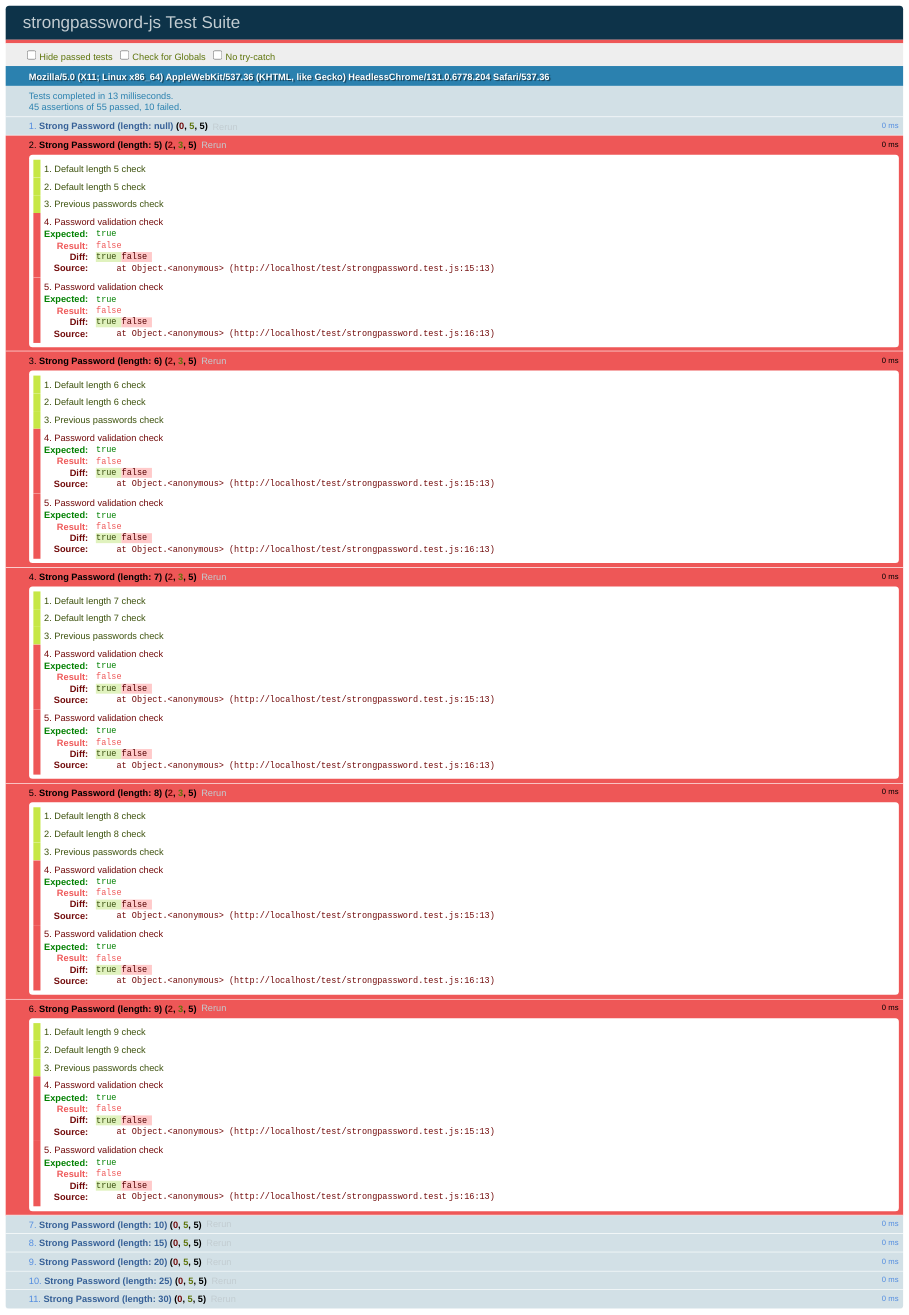
Repository: jongha/strongpassword-js
Page: test/strongpassword.html
The author's editor kept a record of every edit. The page is drawn from the files as they stood at one moment, then again after the next edit.
The browser window is 1280 px wide. The pictures show the whole page, at 71% of full size.

Above is the page before.

### test/strongpassword.html
<!DOCTYPE html>
<html>
<head>
  <meta charset="utf-8">
  <title>strongpassword-js Test Suite</title>
  <script src="../libs/js/jquery-1.10.2.min.js"></script>
  <!-- Load local QUnit (grunt requires v1.0.0 or newer). -->
  <link rel="stylesheet" href="../libs/css/qunit-1.12.0.css" media="screen">
  <script src="../libs/js/qunit-1.12.0.js"></script>
  <!-- Load local lib and tests. -->
  <script src="../src/strongpassword.js"></script>
  <script src="strongpassword.test.js"></script>
  <!-- Removing access to jQuery and $. But it'll still be available as _$, if
       you REALLY want to mess around with jQuery in the console. REMEMBER WE
       ARE TESTING YOUR PLUGIN HERE -->
  <script>window._$ = jQuery.noConflict(true);</script>
</head>
<body>
  <h1 id="qunit-header">strongpassword-js Test Suite</h1>
  <h2 id="qunit-banner"></h2>
  <div id="qunit-testrunner-toolbar"></div>
  <h2 id="qunit-userAgent"></h2>
  <ol id="qunit-tests"></ol>
  <div id="qunit-fixture"></div>
</body>
</html>

### src/strongpassword.js
var strongpassword = {
    VALIDATIONS: [
        "abcdefghijklmnopqrstuvwxyz",
        "ABCDEFGHIJKLMNOPQRSTUVWXYZ",
        "0123456789",
        "`!?$?%^&*()_-+={[}]:;@'~#|\\<>.?/];"
    ],

    // generate safe password
    // size: generated password size
    get: function(size) {
        size = size || 15;

        var MAX_SEED = 100;
        var i, result = [], visit = [], map = this.VALIDATIONS.slice(0);

        while(size-- > 0) {
            if(visit.length === 0) {
                visit = [];
                for(i=0; i<map.length; ++i) {
                    visit.push(i);
                }
            }

            var idx = parseInt(Math.random() * MAX_SEED) % visit.length;
            var map_index = visit[idx];
            var code = map[map_index][parseInt(Math.random() * MAX_SEED) % map[map_index].length];

            result.push(code);

            map[map_index] = map[map_index].replace(code, "");
            visit = visit.slice(0, idx).concat(visit.slice(idx + 1, visit.length));
        }
        return result.join("");
    },

    // validate password is safe
    // password: password for valication
    // threshold: min-length for safe password (default: 10)
    issafe: function(password, threshold) {
        threshold = threshold || 10;

        var check = false, i, j, k;
        if(password.length >= threshold) {
            for(i=0; i<this.VALIDATIONS.length; ++i) {
                for(j=0; j<this.VALIDATIONS[i].length; ++j) {

                    for(k=0; k<password.length; ++k) {
                        check = (this.VALIDATIONS[i][j] === password[k]);
                        if(check) { break; }
                    }

                    if(check) { break; }
                }

                if(!check) { break; }
            }
        }

        return check;
    }
};

### test/strongpassword.test.js
(function() {

    var length = [null, 5, 6, 7, 8, 9, 10, 15, 20, 25, 30];
    var testcase = function(size) {
        test("Strong Password (length: " + size + ")", function() {
            size = size || 15;

            var password1 = strongpassword.get(size);
            var password2 = strongpassword.get(size);

            equal(password1.length, size, "Default length " + size + " check");
            equal(password2.length, size, "Default length " + size + " check");
            notEqual(password1, password2, "Previous passwords check");

            equal(strongpassword.issafe(password1), true, "Password validation check");
            equal(strongpassword.issafe(password2), true, "Password validation check");
        });
    };

    for(var l in length) {
        testcase(length[l]);
    }


}(jQuery));

Loaded but not shown: libs/js/jquery-1.10.2.min.js (library); libs/css/qunit-1.12.0.css (library); libs/js/qunit-1.12.0.js (library)

After the next edit:
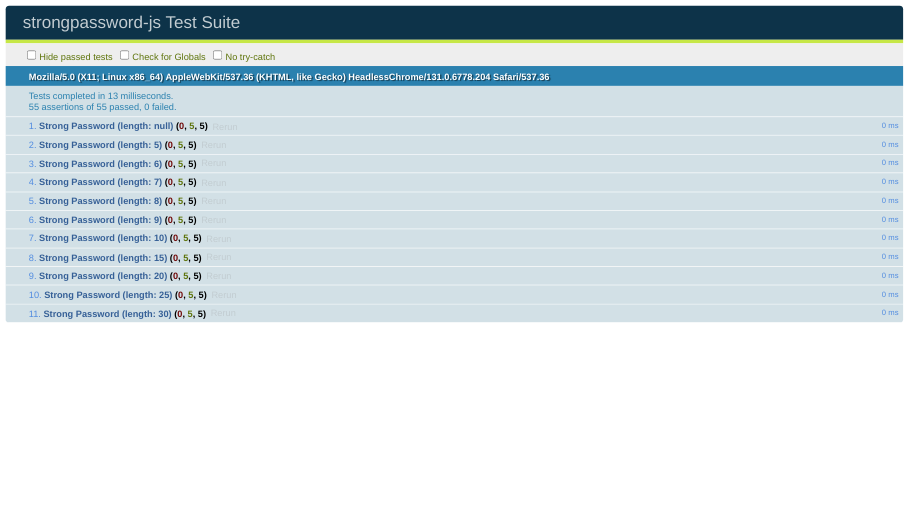
The edit:
--- a/test/strongpassword.test.js
+++ b/test/strongpassword.test.js
@@ -12,8 +12,8 @@
             equal(password2.length, size, "Default length " + size + " check");
             notEqual(password1, password2, "Previous passwords check");
 
-            equal(strongpassword.issafe(password1), true, "Password validation check");
-            equal(strongpassword.issafe(password2), true, "Password validation check");
+            equal(strongpassword.issafe(password1, size), true, "Password validation check");
+            equal(strongpassword.issafe(password2, size), true, "Password validation check");
         });
     };
 
